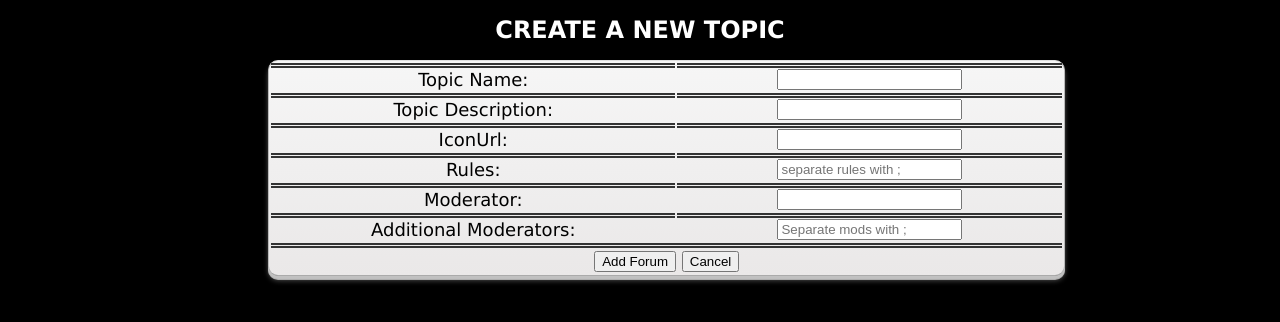
Repository: SuvakovSrdjan/WebForum
Page: http://localhost/Simple-web-forum/AddTopic.jsp
These files come from the project's save history. The page is drawn as it stood at one moment and after the next save; the edit follows.
The browser window is 1280 px wide. The pictures show the whole page.
The page is served by Tomcat 9. Other server files are loaded and not shown.

Above is the page before, as saved 2017-09-11 22:09:11.

### Simple-web-forum/WebContent/AddTopic.jsp
<%@ page language="java" contentType="text/html; charset=UTF-8"
    pageEncoding="UTF-8"%>
<!DOCTYPE html PUBLIC "-//W3C//DTD HTML 4.01 Transitional//EN" "http://www.w3.org/TR/html4/loose.dtd">
<html>
<head>
<meta http-equiv="Content-Type" content="text/html; charset=UTF-8">
<title>A new plight for otaku</title>
<link rel="stylesheet" type="text/css" href="WEB-SRC/StyleSettings.css">
</head>
<body>
<h1>CREATE A NEW TOPIC</h1>

	<form style="padding-left: 260px" name="forumForm" method="post" action="AddTopicServlet">
		<table>
			<tr>
				<td>Topic Name:</td>
				<td><input type="text" name="forumName"></td>
			</tr>
			<tr>
				<td>Topic Description:</td>
				<td><input height="30px" type="text" name="forumDescription"></td>
			</tr>
			<tr>
				<td>IconUrl:</td>
				<td><input type="text" name="icoUrl"></td>
			</tr>
			<tr>
				<td>Rules:</td>
				<td><input type="text" placeholder="separate rules with ;" name="ruleList"></td>
			</tr>
			<tr>
				<td>Moderator:</td>
				<td><input type="text" name="modInChief"></td>
			</tr>
			<tr>
				<td>Additional Moderators:</td>
				<td><input type="text" placeholder="Separate mods with ; " name="plebMods"></td>
			</tr>
			<tr>
				<td colspan='2'><input type="submit" name="AddSubforum" value="Add Forum">
				<input type="submit" name="Cancel" value="Cancel">
			</tr>
		</table>
</form>

</body>
</html>

### Simple-web-forum/WebContent/WEB-SRC/StyleSettings.css
@charset "UTF-8";
body {
	background-color: activecaption;
	font: 12px Lucida sans, Arial, Helvetica, sans-serif;
	color: #333;
	text-align: center;
}

h1 {
	color: white;
}

ul {
	list-style-type:none;
    background-color: #444444;
	background-image: -webkit-gradient(linear, left top, left bottom, from(#444444), to(#eae8e8));
	background-image: -webkit-linear-gradient(top, #f6f6f6, #eae8e8);
	background-image: -moz-linear-gradient(top, #444444, #eae8e8);
	background-image: -ms-linear-gradient(top, #f6f6f6, #eae8e8);
	background-image: -o-linear-gradient(top, #f6f6f6, #eae8e8);
	background-image: linear-gradient(top, #f6f6f6, #eae8e8);
	border-color: #dedede #bababa #aaa #bababa;
	border-style: solid;
	border-width: 1px;
	-webkit-border-radius: 10px;
	-moz-border-radius: 10px;
	border-radius: 10px;
	-webkit-box-shadow: 0 3px 3px rgba(255,255,255,.1), 0 3px 0 #bbb, 0 4px 0 #aaa, 0 5px 5px #444;
	-moz-box-shadow: 0 3px 3px rgba(255,255,255,.1), 0 3px 0 #bbb, 0 4px 0 #aaa, 0 5px 5px #444;
	box-shadow: 0 3px 3px rgba(255,255,255,.1), 0 3px 0 #bbb, 0 4px 0 #aaa, 0 5px 5px #444;




    overflow: auto; /* Enable scrolling if the sidenav has too much content */
}
li {
   float: left;
   background-color: #444444;
	background-image: -webkit-gradient(linear, left top, left bottom, from(#444444), to(#eae8e8));
	background-image: -webkit-linear-gradient(top, #f6f6f6, #eae8e8);
	background-image: -moz-linear-gradient(top, #444444, #eae8e8);
	background-image: -ms-linear-gradient(top, #f6f6f6, #eae8e8);
	background-image: -o-linear-gradient(top, #f6f6f6, #eae8e8);
	background-image: linear-gradient(top, #f6f6f6, #eae8e8);
	border-color: #dedede #bababa #aaa #bababa;
	border-style: solid;
	border-width: 1px;
	-webkit-border-radius: 10px;
	-moz-border-radius: 10px;
	border-radius: 10px;
	-webkit-box-shadow: 0 3px 3px rgba(255,255,255,.1), 0 3px 0 #bbb, 0 4px 0 #aaa, 0 5px 5px #444;
	-moz-box-shadow: 0 3px 3px rgba(255,255,255,.1), 0 3px 0 #bbb, 0 4px 0 #aaa, 0 5px 5px #444;
	box-shadow: 0 3px 3px rgba(255,255,255,.1), 0 3px 0 #bbb, 0 4px 0 #aaa, 0 5px 5px #444;

	overflow: hidden;
	padding: 2px;
}
li:last-child {
    border-right-style: none;
    border-left-style: inset;
    border-left-color: #111111;
    float:right;
}
a {
    display: block;
    padding: 17px;
    background-color: #333333;
}

table{
		list-style-type:none;
    background-color: #444444;
	background-image: -webkit-gradient(linear, left top, left bottom, from(#444444), to(#eae8e8));
	background-image: -webkit-linear-gradient(top, #f6f6f6, #eae8e8);
	background-image: -moz-linear-gradient(top, #444444, #eae8e8);
	background-image: -ms-linear-gradient(top, #f6f6f6, #eae8e8);
	background-image: -o-linear-gradient(top, #f6f6f6, #eae8e8);
	background-image: linear-gradient(top, #f6f6f6, #eae8e8);
	border-color: #dedede #bababa #aaa #bababa;
	border-style: solid;
	border-width: 1px;
	-webkit-border-radius: 10px;
	-moz-border-radius: 10px;
	border-radius: 10px;
	-webkit-box-shadow: 0 3px 3px rgba(255,255,255,.1), 0 3px 0 #bbb, 0 4px 0 #aaa, 0 5px 5px #444;
	-moz-box-shadow: 0 3px 3px rgba(255,255,255,.1), 0 3px 0 #bbb, 0 4px 0 #aaa, 0 5px 5px #444;
	box-shadow: 0 3px 3px rgba(255,255,255,.1), 0 3px 0 #bbb, 0 4px 0 #aaa, 0 5px 5px #444;
	font-size:20;



    overflow: auto; /* Enable scrolling if the sidenav has too much content */
}
 td {
 	background-color: light-yellow;
 	Width: auto;
	Height: auto;
    border-style: none;
    border-top: thick double #333333;
    padding-left:100px;
	padding-right:100px;
	color: black;
	font-size: large;
 }
th {
 	background-color: light-yellow;
 	Width: 100%;
	Height: auto;
	font-size: large;
    border-style: none;
 }

header {
    background-color: #84e3e9;
    padding: 20px 0;
    padding-left:50px;
	padding-right:50px;
}
a:link {
    color: white;
    text-decoration: none;
    font-style: oblique;
}

/* visited link */
a:visited {
    color: white;
    text-decoration: none;
    font-style: oblique;
}

/* mouse over link */
a:hover {
    background-color: #31b2c3;
	background-image: -webkit-gradient(linear, left top, left bottom, from(#0483a0), to(#31b2c3));
	background-image: -webkit-linear-gradient(top, #0483a0, #31b2c3);
	background-image: -moz-linear-gradient(top, #0483a0, #31b2c3);
	background-image: -ms-linear-gradient(top, #0483a0, #31b2c3);
	background-image: -o-linear-gradient(top, #0483a0, #31b2c3);
	background-image: linear-gradient(top, #0483a0, #31b2c3);
}

/* selected link */
a:active {
    -webkit-box-shadow: 0 1px 4px rgba(0, 0, 0, 0.5) inset;
	-moz-box-shadow: 0 1px 4px rgba(0, 0, 0, 0.5) inset;
	box-shadow: 0 1px 4px rgba(0, 0, 0, 0.5) inset;
	outline: 0;
}


.form-wrapper {
	background-color: #444444;
	background-image: -webkit-gradient(linear, left top, left bottom, from(#444444), to(#eae8e8));
	background-image: -webkit-linear-gradient(top, #f6f6f6, #eae8e8);
	background-image: -moz-linear-gradient(top, #444444, #eae8e8);
	background-image: -ms-linear-gradient(top, #f6f6f6, #eae8e8);
	background-image: -o-linear-gradient(top, #f6f6f6, #eae8e8);
	background-image: linear-gradient(top, #f6f6f6, #eae8e8);
	border-color: #dedede #bababa #aaa #bababa;
	border-style: solid;
	border-width: 1px;
	-webkit-border-radius: 10px;
	-moz-border-radius: 10px;
	border-radius: 10px;
	-webkit-box-shadow: 0 3px 3px rgba(255,255,255,.1), 0 3px 0 #bbb, 0 4px 0 #aaa, 0 5px 5px #444;
	-moz-box-shadow: 0 3px 3px rgba(255,255,255,.1), 0 3px 0 #bbb, 0 4px 0 #aaa, 0 5px 5px #444;
	box-shadow: 0 3px 3px rgba(255,255,255,.1), 0 3px 0 #bbb, 0 4px 0 #aaa, 0 5px 5px #444;

	overflow: hidden;
	padding: 2px;
	width: 450px;
}

.form-wrapper #search {
	border: 1px solid #;
	-webkit-box-shadow: 0 1px 1px #ddd inset, 0 1px 0 #FFF;
	-moz-box-shadow: 0 1px 1px #ddd inset, 0 1px 0 #FFF;
	box-shadow: 0 1px 1px #ddd inset, 0 1px 0 #FFF;
	-webkit-border-radius: 3px;
	-moz-border-radius: 3px;
	border-radius: 3px;
  color: #999;
	float: left;
	font: 16px Lucida Sans, Trebuchet MS, Tahoma, sans-serif;
	height: 12px;
	padding: 10px;
	width: 320px;
}
form{
	float: left;
}

.form-wrapper #search:focus {
	border-color: #aaa;
	-webkit-box-shadow: 0 1px 1px #bbb inset;
	-moz-box-shadow: 0 1px 1px #bbb inset;
	box-shadow: 0 1px 1px #bbb inset;
	outline: 0;
}

.form-wrapper #search:-moz-placeholder,
.form-wrapper #search:-ms-input-placeholder,
.form-wrapper #search::-webkit-input-placeholder {
	color: #999;
	font-weight: normal;
}

.form-wrapper #submit {
	background-color: #0483a0;
	background-image: -webkit-gradient(linear, left top, left bottom, from(#31b2c3), to(#0483a0));
	background-image: -webkit-linear-gradient(top, #31b2c3, #0483a0);
	background-image: -moz-linear-gradient(top, #31b2c3, #0483a0);
	background-image: -ms-linear-gradient(top, #31b2c3, #0483a0);
	background-image: -o-linear-gradient(top, #31b2c3, #0483a0);
	background-image: linear-gradient(top, #31b2c3, #0483a0);
	border: 1px solid #00748f;
	-moz-border-radius: 3px;
	-webkit-border-radius: 3px;
	border-radius: 3px;
	-webkit-box-shadow: 0 1px 0 rgba(255, 255, 255, 0.3) inset, 0 1px 0 #FFF;
	-moz-box-shadow: 0 1px 0 rgba(255, 255, 255, 0.3) inset, 0 1px 0 #FFF;
	box-shadow: 0 1px 0 rgba(255, 255, 255, 0.3) inset, 0 1px 0 #FFF;
	color: #fafafa;
	cursor: pointer;
	height: 42px;
	float: right;
	font: 15px Arial, Helvetica;
	padding: 0;
	text-transform: uppercase;
	text-shadow: 0 1px 0 rgba(0, 0 ,0, .3);
	width: 100px;
}

.form-wrapper #submit:hover,
.form-wrapper #submit:focus {
	background-color: #31b2c3;
	background-image: -webkit-gradient(linear, left top, left bottom, from(#0483a0), to(#31b2c3));
	background-image: -webkit-linear-gradient(top, #0483a0, #31b2c3);
	background-image: -moz-linear-gradient(top, #0483a0, #31b2c3);
	background-image: -ms-linear-gradient(top, #0483a0, #31b2c3);
	background-image: -o-linear-gradient(top, #0483a0, #31b2c3);
	background-image: linear-gradient(top, #0483a0, #31b2c3);
}

.form-wrapper #submit:active {
	-webkit-box-shadow: 0 1px 4px rgba(0, 0, 0, 0.5) inset;
	-moz-box-shadow: 0 1px 4px rgba(0, 0, 0, 0.5) inset;
	box-shadow: 0 1px 4px rgba(0, 0, 0, 0.5) inset;
	outline: 0;
}

.form-wrapper #submit::-moz-focus-inner {
	border: 0;
}

After the next save:
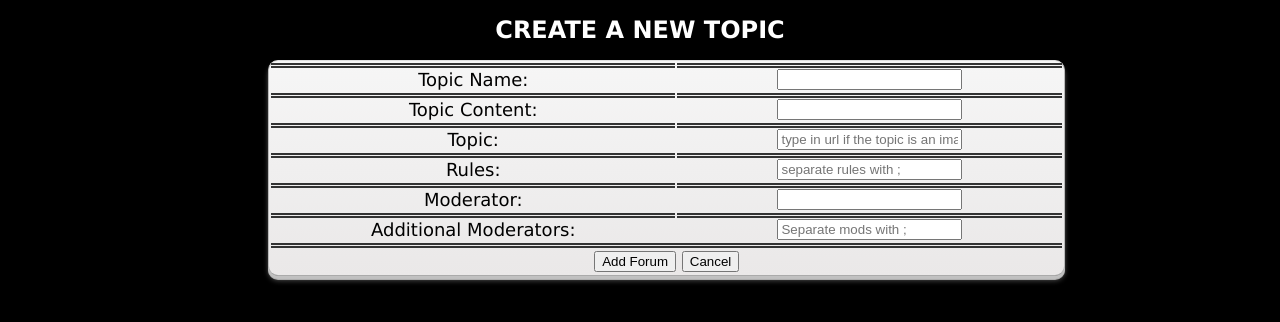
Saved 8 min 57 s later.
--- a/Simple-web-forum/WebContent/AddTopic.jsp
+++ b/Simple-web-forum/WebContent/AddTopic.jsp
@@ -14,15 +14,15 @@
 		<table>
 			<tr>
 				<td>Topic Name:</td>
-				<td><input type="text" name="forumName"></td>
+				<td><input type="text" name="topicName"></td>
 			</tr>
 			<tr>
-				<td>Topic Description:</td>
-				<td><input height="30px" type="text" name="forumDescription"></td>
+				<td>Topic Content:</td>
+				<td><input height="30px" type="text" name="topicContent"></td>
 			</tr>
 			<tr>
-				<td>IconUrl:</td>
-				<td><input type="text" name="icoUrl"></td>
+				<td>Topic:</td>
+				<td><input type="text" placeholder="type in url if the topic is an image or a site" name="icoUrl"></td>
 			</tr>
 			<tr>
 				<td>Rules:</td>
